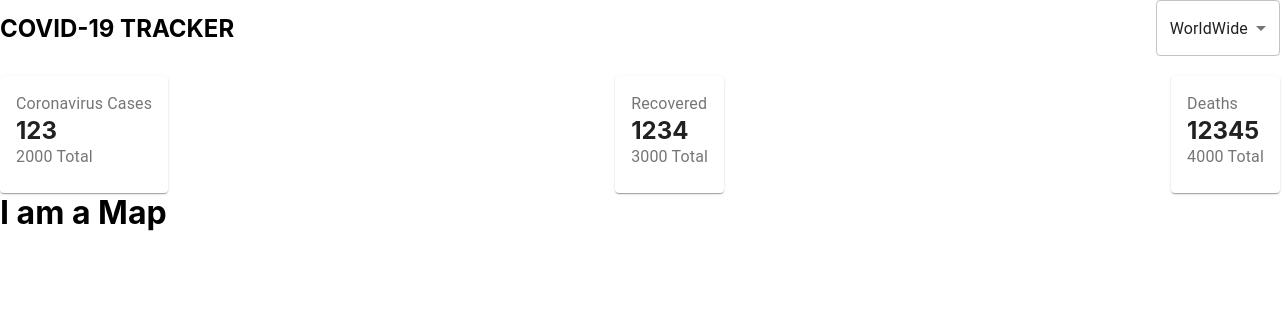
Repository: exiled-kal/2OnProcess
Page: /
The author's editor kept a copy of each file at every save. The page is drawn from the files as they stood at one save, then again after a run of saves.
The browser window is 1280 px wide. The page is 1288 px wide, so the pictures cover 1288 px, including what lies to the right of the window. The pictures show the whole page.
The page's requests for data from a server got no answer. The project was rebuilt for these pictures with package versions that can differ from the ones it lists, and the page was loaded fresh each time. No one was signed in, and anything a server would have sent is missing.

Above is the page before, as saved 2020-08-17 16:02:34.

### src/index.css


body {
  margin: 0;
  font-family: -apple-system, BlinkMacSystemFont, 'Segoe UI', 'Roboto', 'Oxygen',
    'Ubuntu', 'Cantarell', 'Fira Sans', 'Droid Sans', 'Helvetica Neue',
    sans-serif;
  -webkit-font-smoothing: antialiased;
  -moz-osx-font-smoothing: grayscale;
}

code {
  font-family: source-code-pro, Menlo, Monaco, Consolas, 'Courier New',
    monospace;
}

### src/App.js
import React, {useState, useEffect} from 'react';
import './App.css';
import {FormControl, Select, MenuItem, Card} from '@material-ui/core';
import InfoBox from './InfoBox';
import Map from './Map';

function App() {
  const [countries, setCountries] = useState([]);
  const [country, setCountry] = useState('worldwide');

  // https://disease.sh/v3/covid-19/countries

  useEffect(() => {
    const getCountriesData = async () => {
      await fetch('https://disease.sh/v3/covid-19/countries')
        .then((response) => response.json())
        .then((data) => {
          const countries = data.map((country) => ({
            name: country.country, //United States, United Kingdom
            value: country.countryInfo.iso2, // UK, USA
          }));
          setCountries(countries);
        });
    };
    getCountriesData();
  }, []);

  const onCountryChange = async (e) => {
    const countryCode = e.target.value;

    setCountry(countryCode);
  };

  return (
    <div className="app">
      <div className="app__left">
        <div className="app__header">
          <h2>COVID-19 TRACKER</h2>
          <FormControl className="app__dropdown">
            <Select
              variant="outlined"
              onChange={onCountryChange}
              value={country}
            >
              <MenuItem value="worldwide">WorldWide</MenuItem>
              {countries.map((country) => (
                <MenuItem value={country.value}>{country.name}</MenuItem>
              ))}
            </Select>
          </FormControl>
        </div>

        <div className="app__stats">
          <InfoBox title="Coronavirus Cases" cases={123} total={2000} />

          <InfoBox title="Recovered" cases={1234} total={3000} />

          <InfoBox title="Deaths" cases={12345} total={4000} />
        </div>
        <Map />
      </div>
      <Card className="app__right">

      </Card>
    </div>
  );
}

export default App;

### src/App.css
* {
  margin: 0;
}

.body {
  background-color: #f5f6fa;
}

.app__header {
  display: flex;
  align-items: center;
  margin-bottom: 20px;
  justify-content: space-between;

}

.app__stats {
  display: flex;
  justify-content: space-between;
}

### src/InfoBox.js
import React from 'react';
import {Card, CardContent, Typography} from '@material-ui/core';

function InfoBox({title, cases, total}) {
  return (
    <Card className="infoBox">
      <CardContent>
        {/* Title ie. Coronavirus cases */}
        <Typography className="infoBox__title" color="textSecondary">
          {title}
        </Typography>

        {/* +120k Number of cases */}
        <h2 className="infoBox__cases">{cases}</h2>

        {/* 1.2M Total */}
        <Typography className="infoBox__total" color="textSecondary">
          {total} Total
        </Typography>
      </CardContent>
    </Card>
  );
}

export default InfoBox;

### src/Map.js
import React from 'react';

function Map() {
  return (
    <div className="map">
      <h1>I am a Map</h1>
    </div>
  );
}

export default Map;

Loaded but not shown: public/index.html (common file); src/index.js (common file); src/serviceWorker.js (common file)

After the next 5 saves:
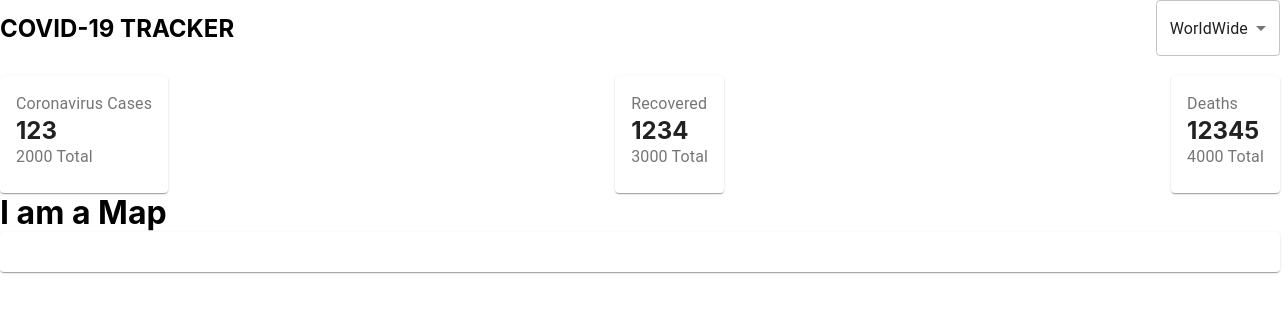
The 5 saves are shown as one change because 1 did not build or start and some came seconds apart.
The last was saved 32 s later.
--- a/src/App.js
+++ b/src/App.js
@@ -1,6 +1,12 @@
 import React, {useState, useEffect} from 'react';
 import './App.css';
-import {FormControl, Select, MenuItem, Card} from '@material-ui/core';
+import {
+  FormControl,
+  Select,
+  MenuItem,
+  Card,
+  CardContent,
+} from '@material-ui/core';
 import InfoBox from './InfoBox';
 import Map from './Map';
 
@@ -60,7 +66,7 @@ function App() {
         <Map />
       </div>
       <Card className="app__right">
-
+        <CardContent></CardContent>
       </Card>
     </div>
   );
